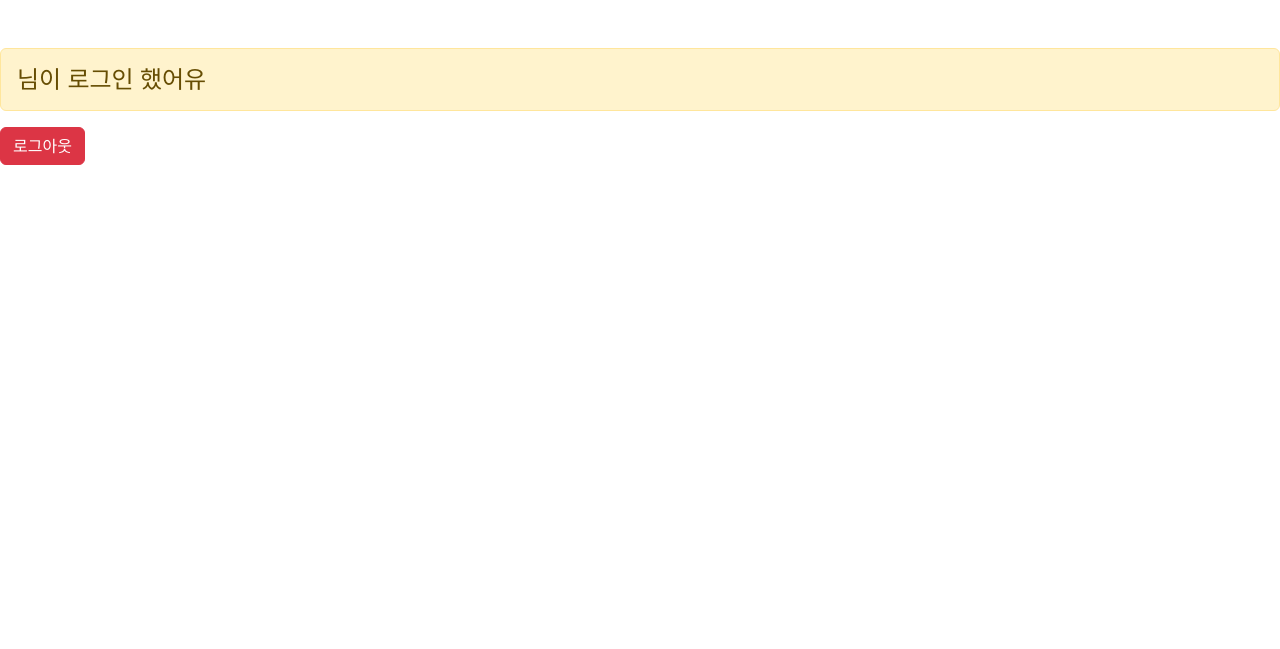
Repository: JunbroGit/SistProject
Page: http://localhost/jsaAjaxProject/login/logoutForm.jsp
An editor plug-in stored every save of this project. The page is shown before and after the next save, followed by the edit.
The browser window is 1280 px wide. The pictures show the whole page.
Some web fonts or font styles are not loaded; a fallback is used. The page is served by Tomcat 9. Other server files are loaded and not shown. Queries for data that is not in the repository find no rows.

Above is the page before, as saved 2024-03-13 02:19:56.

### jspwork/jsaAjaxProject/src/main/webapp/login/logoutForm.jsp
<%@page import="log.model.LogDao"%>
<%@ page language="java" contentType="text/html; charset=UTF-8"
    pageEncoding="UTF-8"%>
<!DOCTYPE html>
<html>
<head>
<meta charset="UTF-8">
<link href="https://cdn.jsdelivr.net/npm/bootstrap@5.3.2/dist/css/bootstrap.min.css" rel="stylesheet">
<link href="https://fonts.googleapis.com/css2?family=Dongle&family=Gaegu&family=Nanum+Myeongjo&family=Nanum+Pen+Script&family=Noto+Sans+KR:wght@100..900&display=swap" rel="stylesheet">
<script src="https://code.jquery.com/jquery-3.7.0.js"></script>
<title>Insert title here</title>
</head>
<body>
<%
	//세션으로부터 아이디 읽어온다
	String id=(String)session.getAttribute("idOk");
	//아이디에 해당하는 이름을 dao로부터 얻어온다
	LogDao dao=new LogDao();
	String name=dao.getName(id);
%>
<br><br>
<h4 class="alert alert-warning"><%=name %>님이 로그인 했어유</h4>
<input value="로그아웃" class="btn btn-danger" type="button">
</body>
</html>

### jspwork/jsaAjaxProject/src/main/java/mysql/db/DbConnect.java
package mysql.db;

import java.sql.Connection;
import java.sql.DriverManager;
import java.sql.PreparedStatement;
import java.sql.ResultSet;
import java.sql.SQLException;
import java.sql.Statement;

public class DbConnect {

	static final String MYSQLDRIVER="com.mysql.cj.jdbc.Driver";
	static final String MYSQL_URL="jdbc:mysql://localhost:3306/coffee";

	public DbConnect() {
		try {
			Class.forName(MYSQLDRIVER);
			System.out.println("mysql 드라이버성공");
		} catch (ClassNotFoundException e) {
			// TODO Auto-generated catch block
			//e.printStackTrace();
			System.out.println("mysql 드라이버 실패"+e.getMessage());
		}
	}


	public Connection getConnection()
	{
		Connection conn=null;

		try {
			conn=DriverManager.getConnection(MYSQL_URL, "junbro", "1234");
			System.out.println("MYSQL계정연결성공");
		} catch (SQLException e) {
			// TODO Auto-generated catch block
			e.printStackTrace();
			System.out.println("MYSQL연결실패: "+e.getMessage());
		}


		return conn;
	}

	//close 총 4개 오버로딩
	public void dbClose(ResultSet rs,Statement stmt,Connection conn)
	{

			try {
				if(rs!=null) rs.close();
				if(stmt!=null) stmt.close();
				if(conn!=null) conn.close();
			} catch (SQLException e) {
				// TODO Auto-generated catch block
				e.printStackTrace();
			}
	}

	public void dbClose(Statement stmt,Connection conn)
	{

			try {

				if(stmt!=null) stmt.close();
				if(conn!=null) conn.close();
			} catch (SQLException e) {
				// TODO Auto-generated catch block
				e.printStackTrace();
			}
	}

	public void dbClose(ResultSet rs,PreparedStatement pstmt,Connection conn)
	{

			try {
				if(rs!=null) rs.close();
				if(pstmt!=null) pstmt.close();
				if(conn!=null) conn.close();
			} catch (SQLException e) {
				// TODO Auto-generated catch block
				e.printStackTrace();
			}
	}

	public void dbClose(PreparedStatement pstmt,Connection conn)
	{

			try {

				if(pstmt!=null) pstmt.close();
				if(conn!=null) conn.close();
			} catch (SQLException e) {
				// TODO Auto-generated catch block
				e.printStackTrace();
			}
	}


}

After the next save:
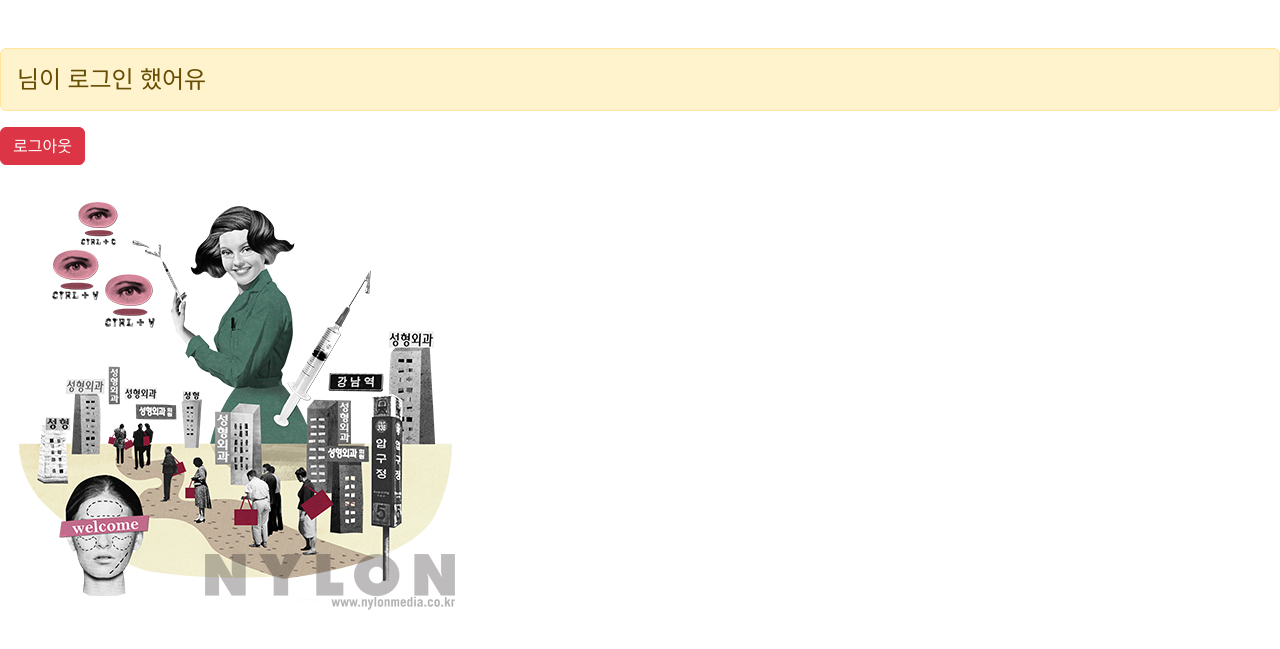
Saved 52 s later.
--- a/jspwork/jsaAjaxProject/src/main/webapp/login/logoutForm.jsp
+++ b/jspwork/jsaAjaxProject/src/main/webapp/login/logoutForm.jsp
@@ -21,5 +21,7 @@
 <br><br>
 <h4 class="alert alert-warning"><%=name %>님이 로그인 했어유</h4>
 <input value="로그아웃" class="btn btn-danger" type="button">
+<br><br>
+<img alt="" src="../image/div_img/beauty3.jpg">
 </body>
 </html>
